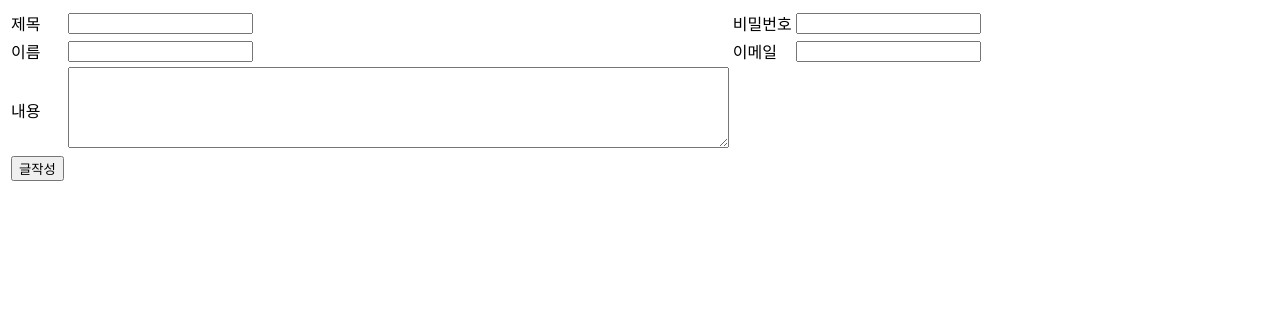
Repository: shbaksa/study
Page: http://localhost/mw_0617/test/write.jsp
These files come from the project's save history. The page is drawn as it stood at one moment and after the next save; the edit follows.
The browser window is 1280 px wide. The pictures show the whole page.
The page is served by Tomcat 9.

Above is the page before, as saved 2022-06-17 05:36:57.

### mw_0617/src/main/webapp/test/write.jsp
<%@ page language="java" contentType="text/html; charset=UTF-8"
    pageEncoding="UTF-8"%>
<!DOCTYPE html>
<html>
<head>
<meta charset="UTF-8">
<title>Insert title here</title>

<script>
	function al() {

		if (!document.pkc.title.value){
			alert("제목빈칸");
			document.pkc.name.focus();
			return false;

		}

		else if(!document.pkc.mail.value){

			alert("메일빈칸");
			document.pkc.mail.focus();
			return false;
		}


	}

</script>
</head>
<body>

	<form name="pkc" method="post" action="write_ok.jsp" onsubmit="return al()">
	<table>
	<tr>
	<td>제목</td>
	<td><input type="text" name="title" ></td>
	<td>비밀번호</td>
	<td><input type="password" name="pwd"></td>
	</tr>
	<tr>
	<td>이름</td>
	<td><input type="text" name="name"> </td>
	<td>이메일</td>
	<td><input type="text" name="mail"> </td>
	</tr>
	<tr>
	<td>내용</td>
	<td><textarea cols="80" rows="5" name="content"> </textarea></td>
	</tr>
	<tr>
	<td><input type="submit" value="글작성"></td>
	</tr>
	</table>
	</form>

</body>
</html>

After the next save:
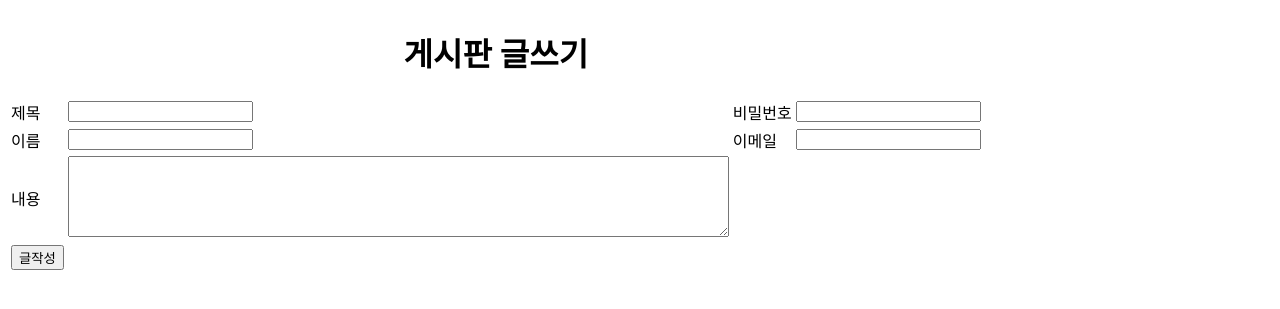
Saved 32 s later.
--- a/mw_0617/src/main/webapp/test/write.jsp
+++ b/mw_0617/src/main/webapp/test/write.jsp
@@ -32,6 +32,7 @@
 
 	<form name="pkc" method="post" action="write_ok.jsp" onsubmit="return al()">
 	<table>
+	<caption><h1>게시판 글쓰기 </h1></caption>
 	<tr>
 	<td>제목</td>
 	<td><input type="text" name="title" ></td>
